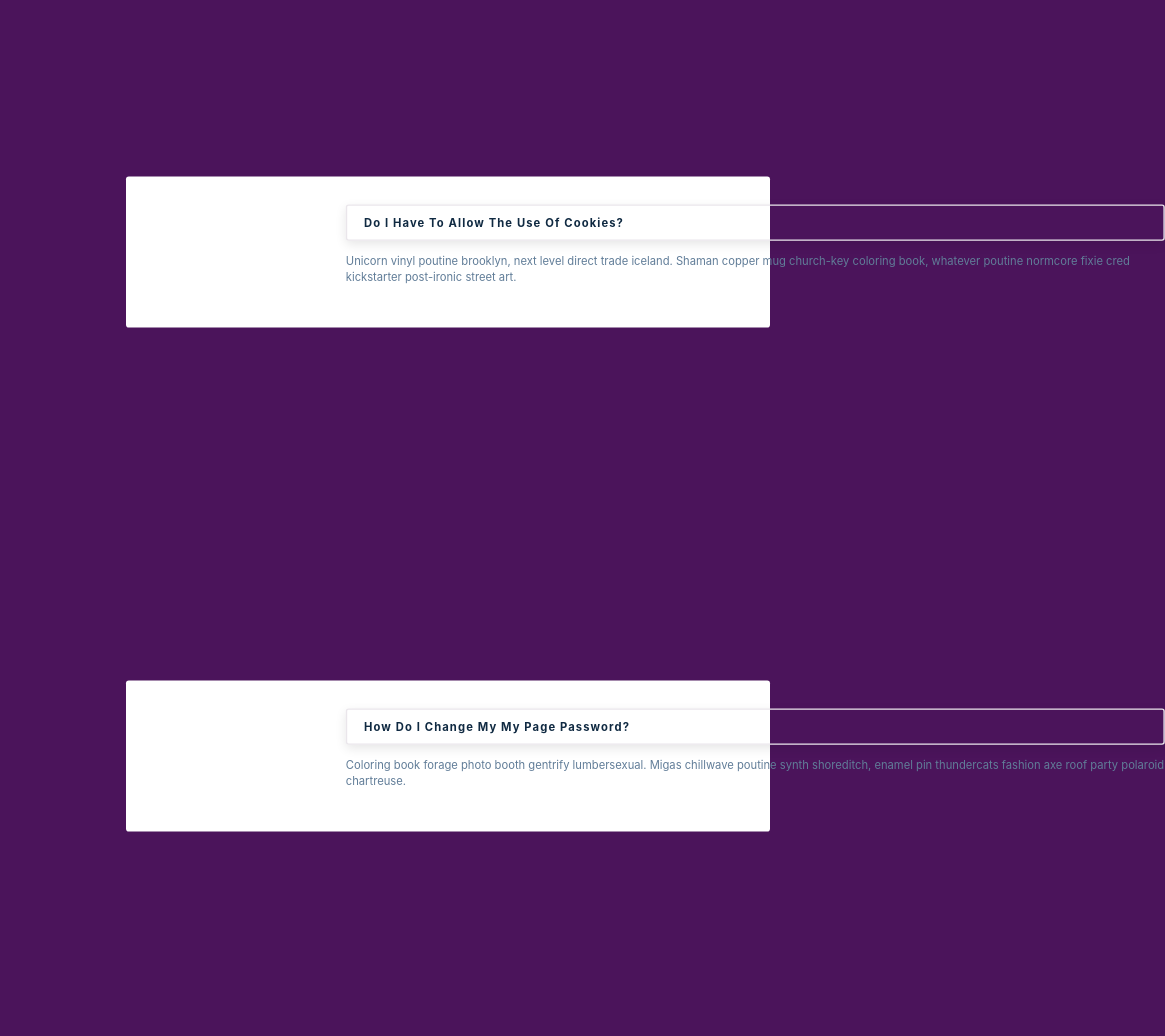
Repository: Reghanoid/Accordion
Page: /
The author's editor kept a copy of each file at every save. The page is drawn from the files as they stood at one save, then again after the next save.
The browser window is 1280 px wide. The page is 1664 px wide, so the pictures cover 1664 px, including what lies to the right of the window. The pictures show the part of the page from y = 0 to 1480 px (the page is 3600 px tall), at 70% of full size.
The project was rebuilt for these pictures with package versions that can differ from the ones it lists, and the page was loaded fresh each time.

Above is the page before, as saved 2022-06-06 15:06:54.

After the next save:
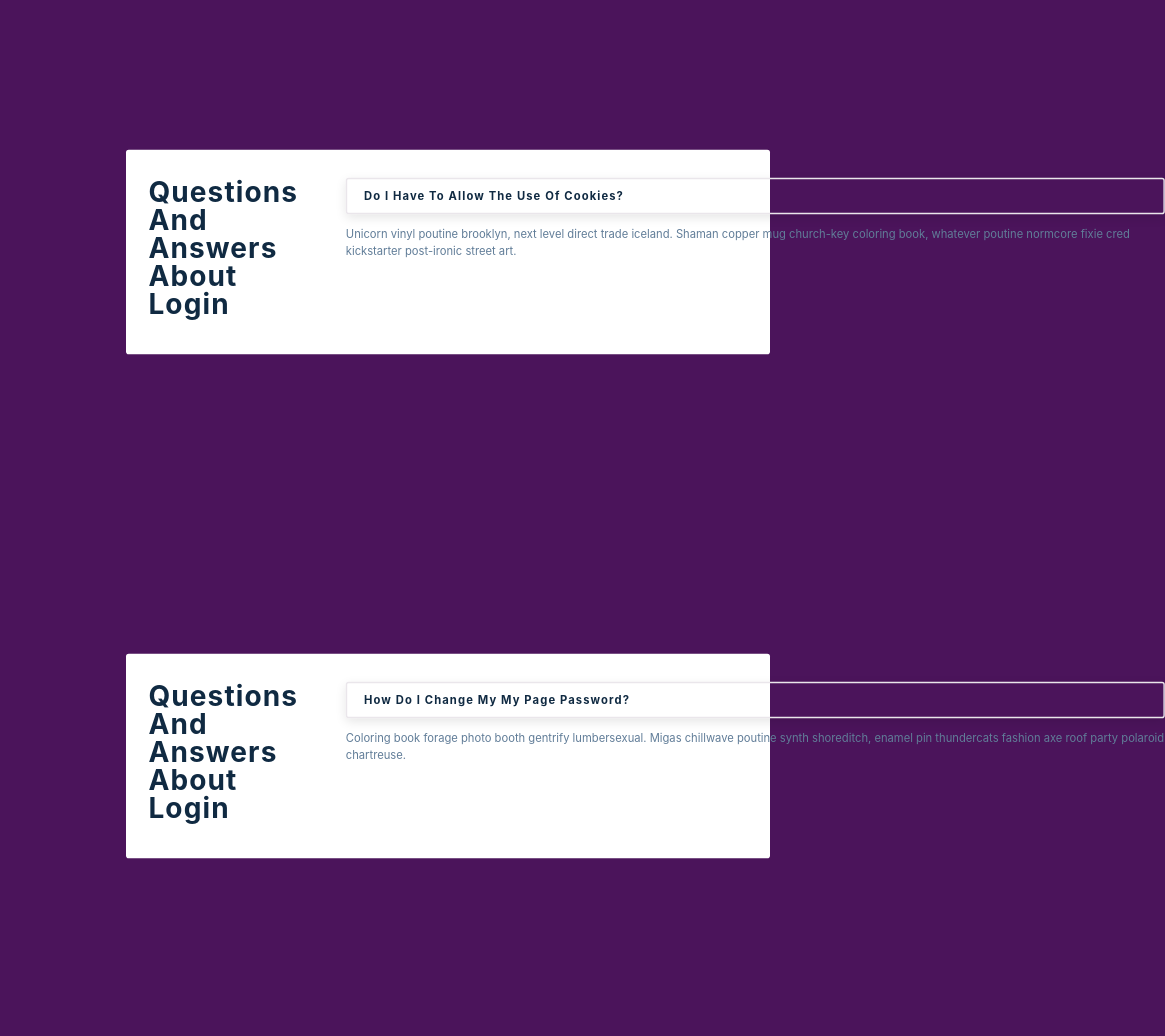
Saved 39 s later.
--- a/src/Question.js
+++ b/src/Question.js
@@ -4,7 +4,7 @@
   return (
     <main>
       <div className='container'>
-        <h2></h2>
+        <h2>Questions and Answers about Login</h2>
         <div className='section'>
           <h4 className='question'> {props.title} </h4>
           <p> {props.info} </p>

After the save that followed:
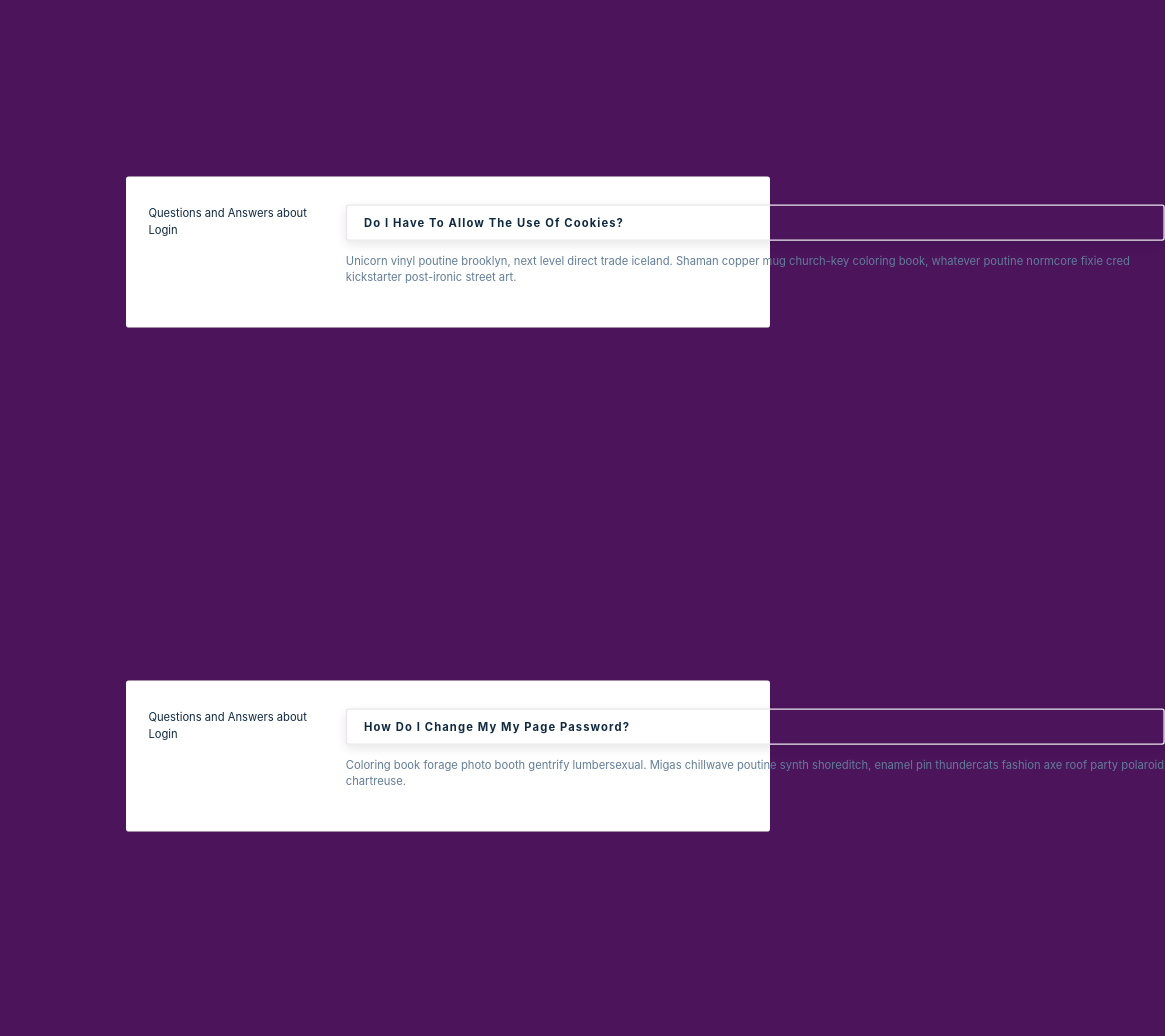
Saved 37 s later.
--- a/src/Question.js
+++ b/src/Question.js
@@ -4,7 +4,7 @@
   return (
     <main>
       <div className='container'>
-        <h2>Questions and Answers about Login</h2>
+        <header>Questions and Answers about Login</header>
         <div className='section'>
           <h4 className='question'> {props.title} </h4>
           <p> {props.info} </p>
